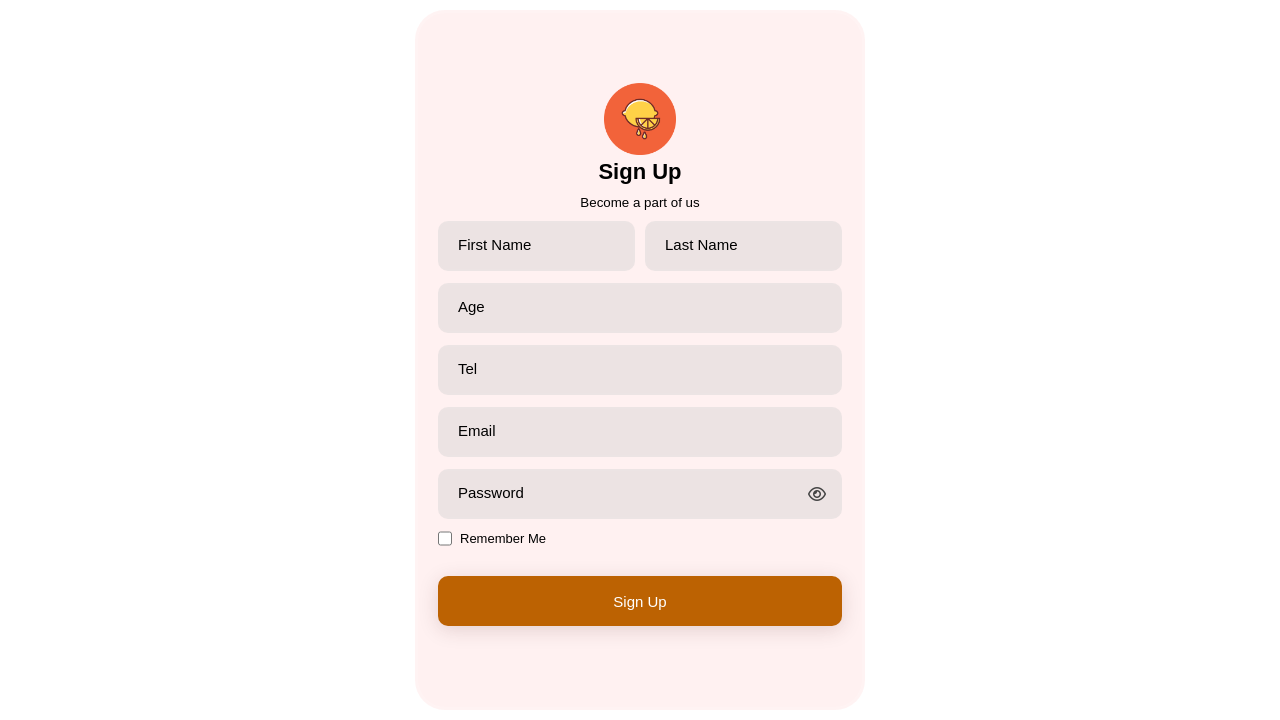
Repository: MauDucKG/BigFarm
Page: http://localhost/BigFarm/views/main/register/index.php?page=main&controller=register&action=submit
An editor plug-in stored every save of this project. The page is shown before and after the next save, followed by the edit.
The browser window is 1280 px wide. The pictures show the whole page.
Some web libraries are served in a nearby version. The page is run by PHP 8.4 with error messages shown; the project is at /var/www/html/.

Above is the page before, as saved 2023-04-26 20:00:02.

After the next save:
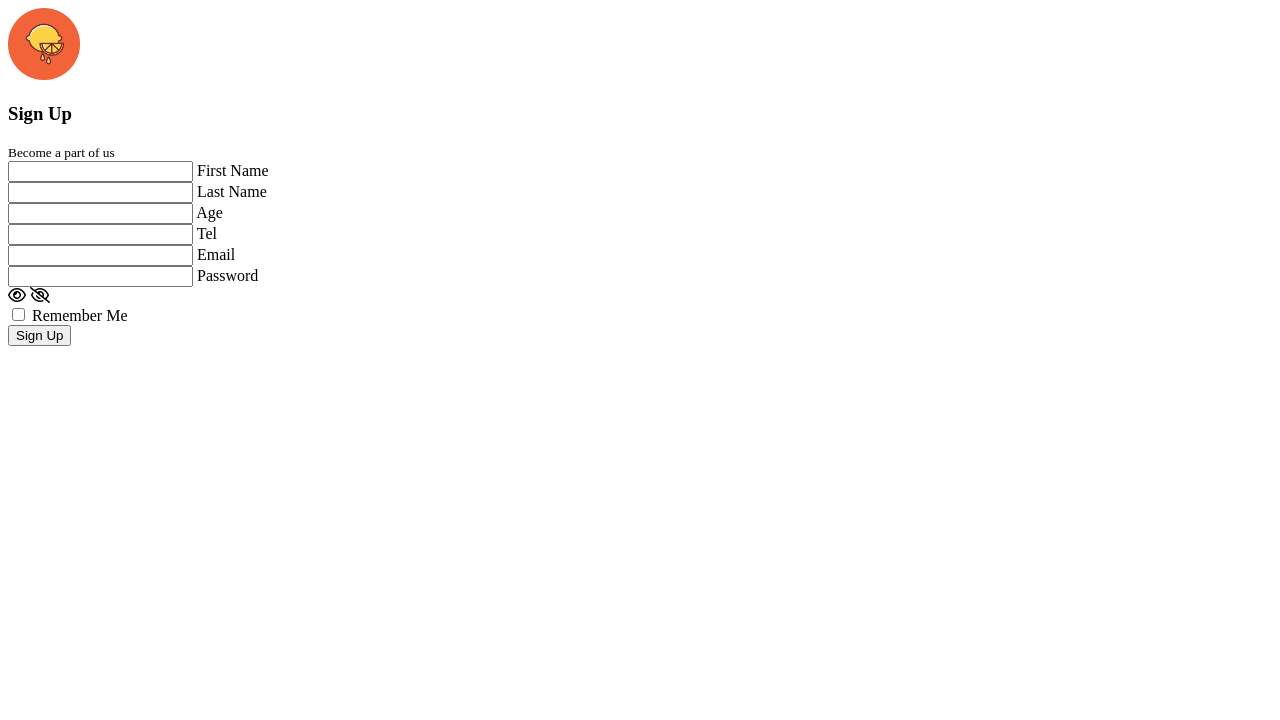
Saved 7 s later.
--- a/assets/stylesheets/register.css
+++ b/assets/stylesheets/register.css
@@ -1,7 +1,7 @@
 <style>
         @import url('https://fonts.googleapis.com/css2?family=Poppins:wght@400;500&display=swap');
 body{
-    background: url(assets/images/mike-petrucci-c9FQyqIECds-unsplash.jpg);
+    background: url("assets/images/mike-petrucci-c9FQyqIECds-unsplash.jpg);
     background-size: cover;
     background-position: center;
     background-repeat: no-repeat;

After the save that followed:
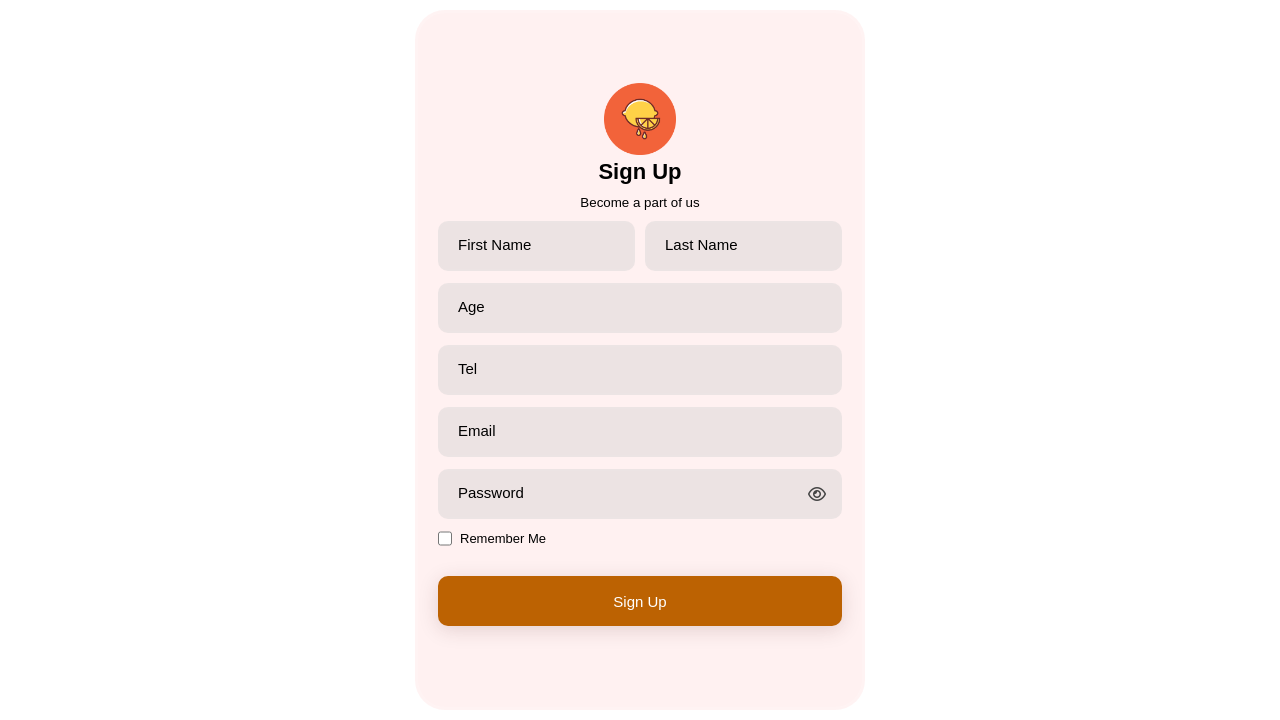
Saved 4 s later.
--- a/assets/stylesheets/register.css
+++ b/assets/stylesheets/register.css
@@ -1,7 +1,7 @@
 <style>
         @import url('https://fonts.googleapis.com/css2?family=Poppins:wght@400;500&display=swap');
 body{
-    background: url("assets/images/mike-petrucci-c9FQyqIECds-unsplash.jpg);
+    background: url("assets/images/mike-petrucci-c9FQyqIECds-unsplash.jpg");
     background-size: cover;
     background-position: center;
     background-repeat: no-repeat;
